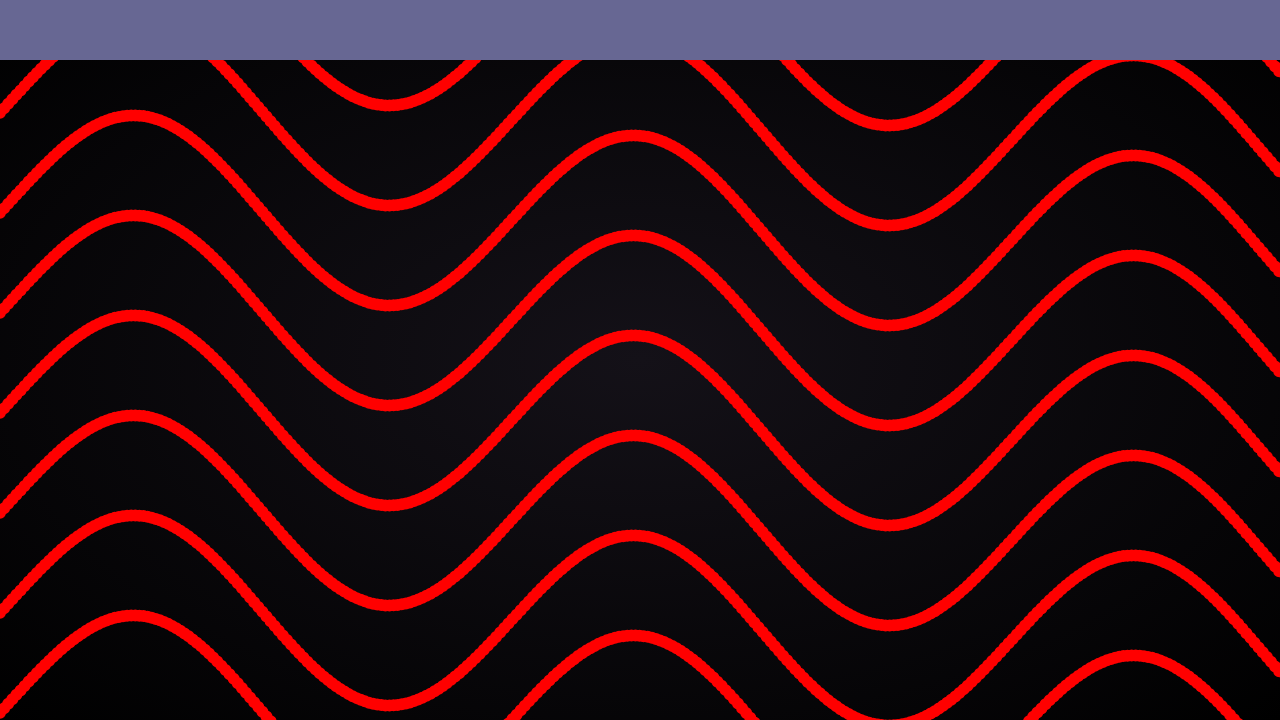
Repository: Iban-del/ProjetBacIban
Page: index.html
An editor plug-in stored every save of this project. The page is shown before and after the next save, followed by the edit.
The browser window is 1280 px wide. The pictures show the whole page.

Above is the page before, as saved 2025-02-18 20:14:15.

After the next save:
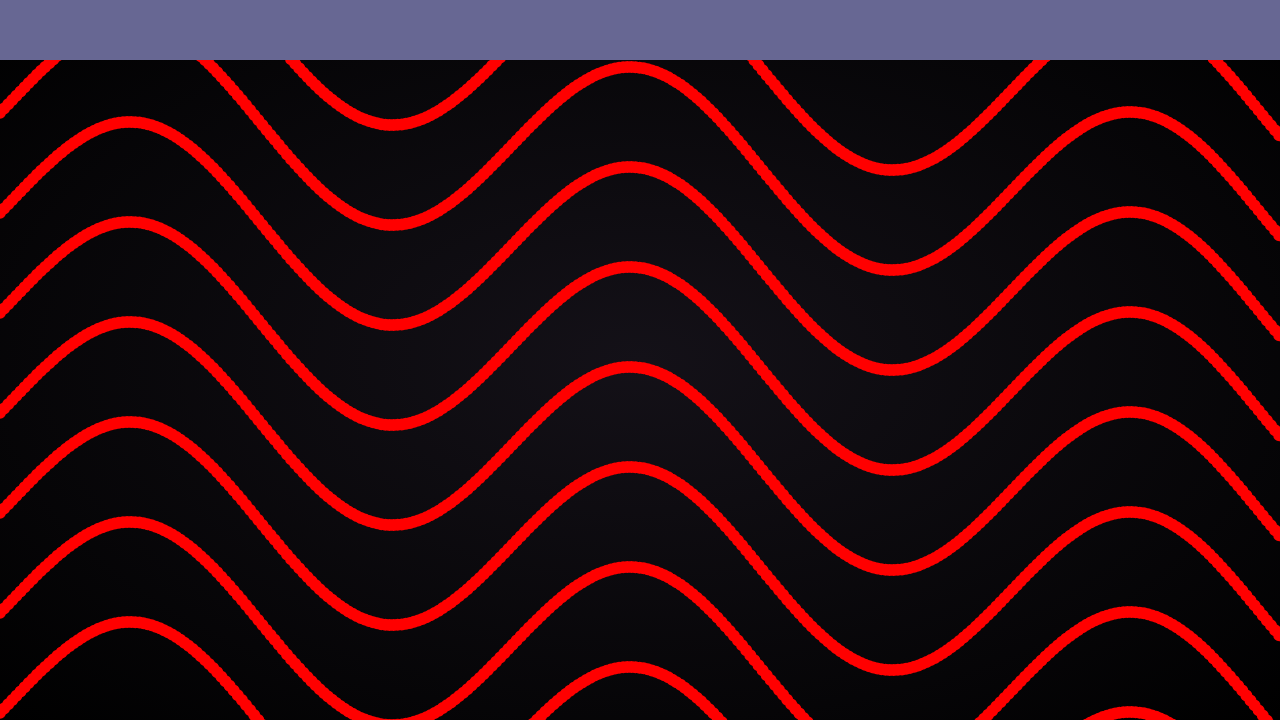
Saved 4 s later.
--- a/js/background.js
+++ b/js/background.js
@@ -70,7 +70,7 @@ function drawVague(ctx){
         for(let t = 0;t < window.innerHeight;t+= 100){
             for(let i = 0 ;i < window.innerWidth;i+=4.1){
                 let x = i;
-                let y = vague(x)+(t)+(x*0.04);
+                let y = vague(x)+(t)+(x*0.09);
                 ctx.beginPath();
                 ctx.moveTo(x,y)
                 ctx.fillStyle="red";
